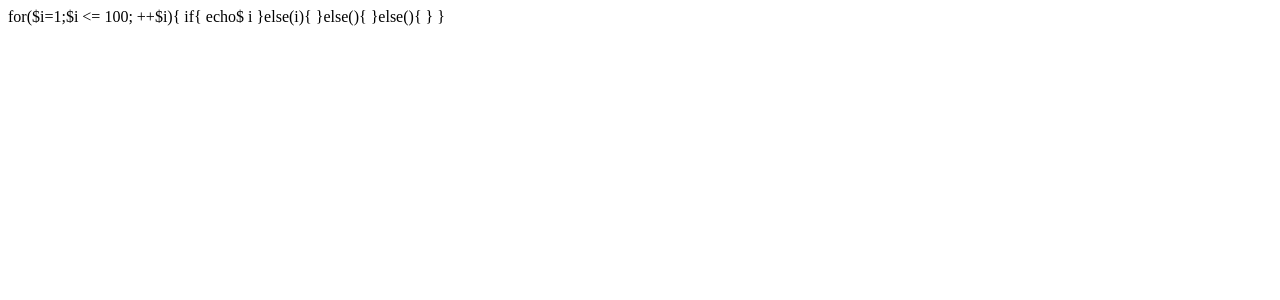
Repository: nuki3ma3/WEBCAMP_PHP_Beginner
Page: http://localhost/FizzBizz.php
The author's editor kept a record of every edit. The page is drawn from the files as they stood at one moment, then again after the next edit.
The browser window is 1280 px wide. The pictures show the whole page.
The page is run by PHP 8.4 with error messages shown; the project is at /var/www/html/.

Above is the page before.

### FizzBizz.php

for($i=1;$i <= 100; ++$i){

if{
echo$ i

}else(i){

}else(){

}else(){

}
}

After the next edit:
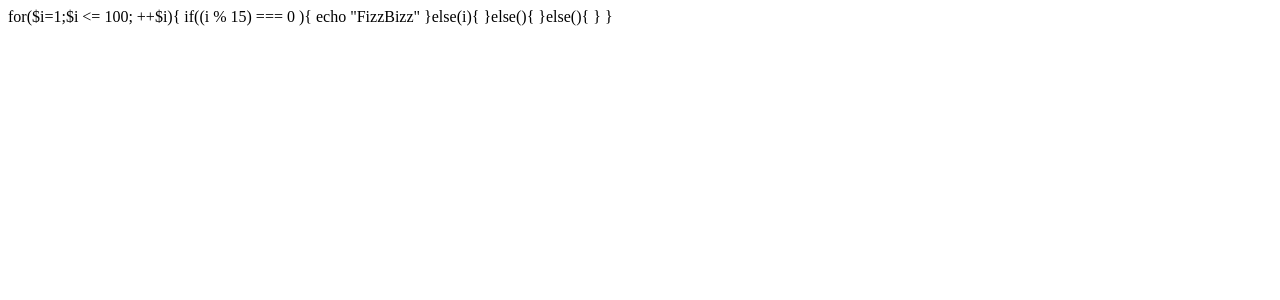
The edit:
--- a/FizzBizz.php
+++ b/FizzBizz.php
@@ -1,8 +1,8 @@
 
 for($i=1;$i <= 100; ++$i){
 
-if{
-echo$ i
+if((i % 15) === 0 ){
+echo "FizzBizz"
 
 }else(i){
 
